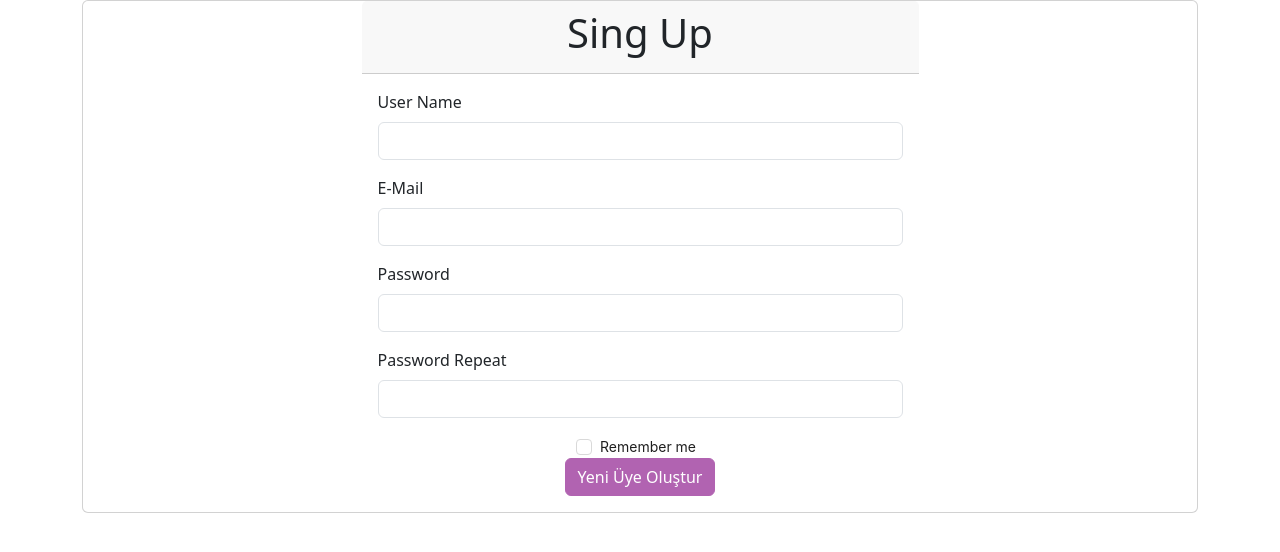
Repository: gursoyfahrettin20/startupProjectWeb
Page: /
The author's editor kept a copy of each file at every save. The page is drawn from the files as they stood at one save, then again after the next save.
The browser window is 1280 px wide. The pictures show the whole page.
The project was rebuilt for these pictures with package versions that can differ from the ones it lists, and the page was loaded fresh each time. Also part of the build but not shown: vite.config.js.

Above is the page before, as saved 2024-01-17 00:48:33.

### index.html
<!doctype html>
<html lang="en">
  <head>
    <meta charset="UTF-8" />
    <link rel="icon" type="image/svg+xml" href="/vite.svg" />
    <meta name="viewport" content="width=device-width, initial-scale=1.0" />
    <title>Başlangıç Projesi</title>
  </head>
  <body>
    <div id="root"></div>
    <script type="module" src="/src/index.jsx"></script>
  </body>
</html>

### src/index.jsx
import * as React from 'react';
import { StrictMode } from 'react';
import { createRoot } from 'react-dom/client';
import SignUp from "./pages/SignUp"
import './index.scss'

const rootElement = document.getElementById('root');
const root = createRoot(rootElement);

root.render(
  <StrictMode>
    <SignUp/>
  </StrictMode>,
)

### src/pages/SignUp/index.jsx
import React, { useState, useEffect } from 'react';
import _ from 'lodash';
import { Button, Checkbox, Form, Spin, notification } from 'antd';
import { LoadingOutlined } from '@ant-design/icons';
import { singUp } from "../../api/apiCalls.js";
import { FormItem } from "../../components/formItem/formItem.jsx";

function index() {
    const [form] = Form.useForm();
    const [username, setUsername] = useState();
    const [email, setEmail] = useState();
    const [password, setPassword] = useState();
    const [passwordRepeat, setPasswordRepeat] = useState();
    const [succesMessage, setSuccesMessage] = useState();
    const [submittable, setSubmittable] = useState(false);
    const [apiProgress, setApiProgress] = useState(false);
    const [errors, setErrors] = useState({});
    const [generalErrors, setGeneralErrors] = useState({});
    const [api, contextHolder] = notification.useNotification();

    useEffect(() => {
        setErrors({})
    }, [username])

    const onSubmit = async (event) => {
        setSuccesMessage();
        setGeneralErrors();
        setApiProgress(true);
        const data = {
            username: username,
            email: email,
            password: password
        };
        try {
            const response = await singUp(data);
            setSuccesMessage(response.data?.message)
            setUsername();
            setPassword();
            setPasswordRepeat();
            setEmail();
        } catch (responseError) {
            if (responseError.response?.data && responseError.response?.data.status === 400) {
                setErrors(responseError.response?.data.validationErrors)
            }
            else {
                setGeneralErrors("Tahmin Edilemeyen Hatalarda gösterilecektir. / Unexpected error occured. Pleace try again.");
            }
        } finally {
            setApiProgress(false);
        }
    }

    const values = Form.useWatch([], form);
    // TODO: Sign Up butonu disabled durumlarına bakıyor.
    useEffect(() => {
        let _submittable = false;
        if (_.isUndefined(password) || _.isNull(password) || _.isEmpty(password)) {
            _submittable = false;
        } else if (password === passwordRepeat) {
            _submittable = true;
        }
        setSubmittable(_submittable);
    }, [values]);


    return (
        <div className='container'>
            <form className='card' onSubmit={onSubmit}>
                <div className='col-lg-6 offset-lg-3 col-sm-8 offset-sm-2'>
                    <div className='text-center card-header'>
                        <h1>Sing Up</h1>
                    </div>
                    <div className='card-body'>
                        <FormItem
                            name="username"
                            label="User Name"
                            errors={errors}
                            onChange={(e) => setUsername(e.target.value)}
                        />
                        <FormItem
                            name="email"
                            label="E-Mail"
                            errors={errors}
                            onChange={(e) => setEmail(e.target.value)}
                        />
                        <FormItem
                            name="password"
                            label="Password"
                            errors={errors}
                            type="password"
                            onChange={(e) => setPassword(e.target.value)}
                        />
                        <FormItem
                            name="passwordRepeat"
                            label="Password Repeat"
                            errors={errors}
                            type="password"
                            onChange={(e) => setPasswordRepeat(e.target.value)}
                        />
                        <div className='text-center'>
                            <Checkbox>Remember me</Checkbox>
                        </div>
                        <div className='text-center'>
                            <button className='btn btn-primary' disabled={apiProgress ? apiProgress : !submittable}>
                                <Spin style={{ display: apiProgress ? "inline" : "none" }}
                                    indicator={<LoadingOutlined style={{ fontSize: 24, marginRight: 15 }} spin />} />
                                {apiProgress ? "Yeni Üye Oluşturuluyor..." : "Yeni Üye Oluştur"}
                            </button>
                        </div>
                    </div>
                </div>
            </form >
        </div >
    );
}
export default index;

### src/index.scss
$primary: #818;

@import "../node_modules/bootstrap/scss/bootstrap.scss";

### src/api/apiCalls.js
import axios from "axios";

export const changeLanguage = lang => {
    axios.defaults.headers['accept-language'] = lang;
}

export const getBaseUrl = () => {
     return import.meta.env.VITE_REACT_APP_REST_SERVICE_URL;
}

export const saveUser = body => {
    return axios.post(getBaseUrl() + '/users', body);
}

export const singUp = body => {
    return axios.post(getBaseUrl() + '/users', body);
}

export const login = data => {
    return axios.post(getBaseUrl() + '/auth', {}, {auth: data});
}

export const getUsers = (page, size) => {
    return axios.get(getBaseUrl() + `/users?currentPage=${page ? page : 0}&pageSize=${size ? size : 3}`);
}

export const setAuthorizationHeader = ({username, password, isLoggedIn}) => {
    if (isLoggedIn) {
        let authorizationHeaderValue = `Basic ${btoa(username + ':' + password)}`
        axios.defaults.headers['Authorization'] = authorizationHeaderValue;
    } else {
        delete axios.defaults.headers['Authorization'];
    }
}

export const getUser = (userName) => {
    return axios.get(getBaseUrl() + `/users/${userName}`);
}

export const updateUser = (userName, body) => {
    return axios.put(getBaseUrl() + `/users/${userName}`, body);
}

export const postHoax = hoax => {
    return axios.post(getBaseUrl() + "/hoaxes", hoax);
}

export const getHoaxes = (userName, page = 0) => {
    const path = userName ? `/users/${userName}/hoaxes?currentPage=` : "/hoaxes?currentPage="
    return axios.get(getBaseUrl() + path + page);
}

export const getOldHoaxes = (id, userName) => {
    const path = userName ? `/users/${userName}/hoaxes/${id}` : `/hoaxes/${id}`;
    return axios.get(getBaseUrl() + path);
}

### src/components/formItem/formItem.jsx
import React, { useState } from 'react';

export function FormItem({ name, label, onChange, errors, type }) {
    const [msg, setNsg] = useState()

    return (
        <div className='mb-3'>
            <label className='form-label' htmlFor={name}> {label} </label>
            <input id={name} className={errors?.[name] ? 'form-control is-invalid' : 'form-control'} type={type ? type : "text"} onChange={onChange} />
            <div className='invalid-feedback'>errors?.[name]</div>
        </div>
    );
}

export default FormItem;

After the next save:
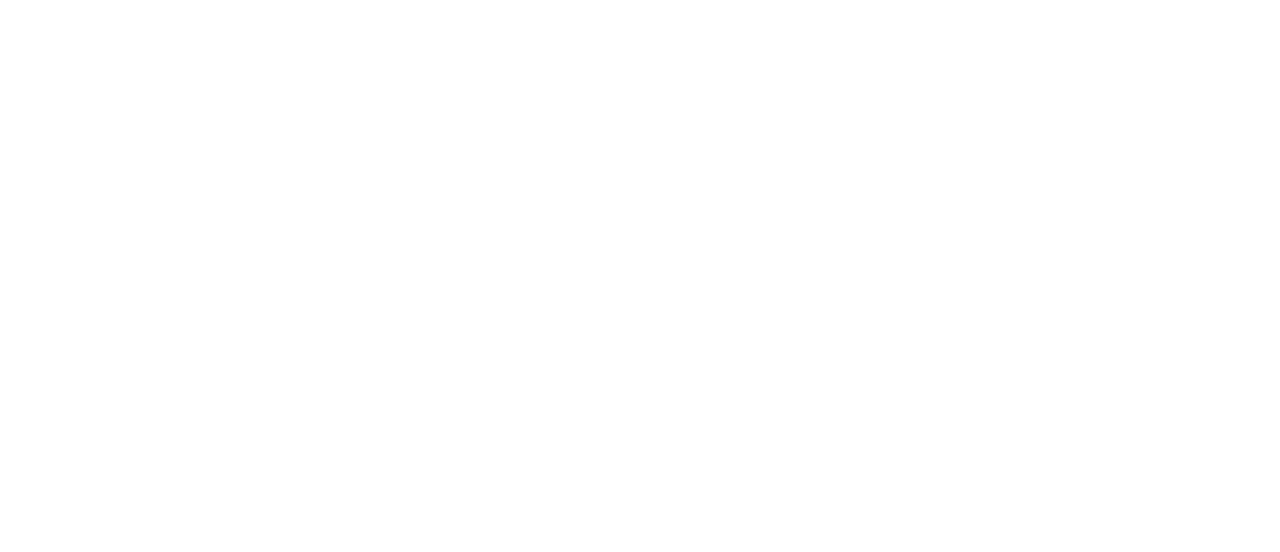
Console error: ReferenceError: values is not defined
Saved 2 min 54 s later.
--- a/src/pages/SignUp/index.jsx
+++ b/src/pages/SignUp/index.jsx
@@ -6,7 +6,6 @@
 import { FormItem } from "../../components/formItem/formItem.jsx";
 
 function index() {
-    const [form] = Form.useForm();
     const [username, setUsername] = useState();
     const [email, setEmail] = useState();
     const [password, setPassword] = useState();
@@ -50,7 +49,6 @@
         }
     }
 
-    const values = Form.useWatch([], form);
     // TODO: Sign Up butonu disabled durumlarına bakıyor.
     useEffect(() => {
         let _submittable = false;

After the 2 saves that followed:
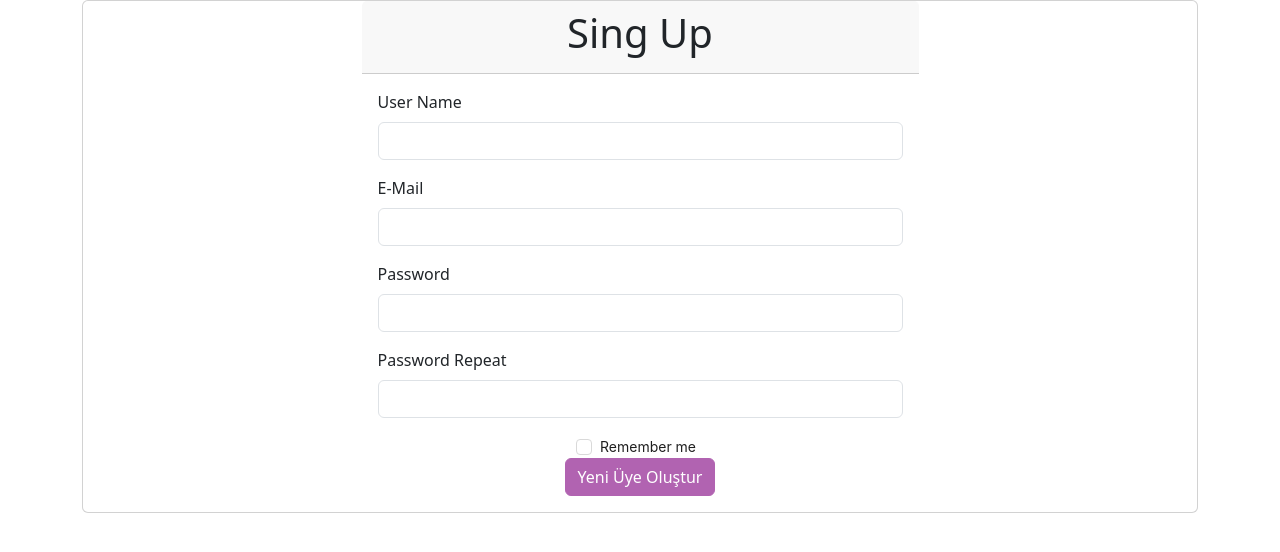
The error is gone.
The 2 saves are shown as one change because 1 left the picture as it was.
The last was saved 6 min 44 s later.
--- a/src/pages/SignUp/index.jsx
+++ b/src/pages/SignUp/index.jsx
@@ -1,6 +1,6 @@
 import React, { useState, useEffect } from 'react';
 import _ from 'lodash';
-import { Button, Checkbox, Form, Spin, notification } from 'antd';
+import { Checkbox, Spin, notification } from 'antd';
 import { LoadingOutlined } from '@ant-design/icons';
 import { singUp } from "../../api/apiCalls.js";
 import { FormItem } from "../../components/formItem/formItem.jsx";
@@ -48,17 +48,6 @@
             setApiProgress(false);
         }
     }
-
-    // TODO: Sign Up butonu disabled durumlarına bakıyor.
-    useEffect(() => {
-        let _submittable = false;
-        if (_.isUndefined(password) || _.isNull(password) || _.isEmpty(password)) {
-            _submittable = false;
-        } else if (password === passwordRepeat) {
-            _submittable = true;
-        }
-        setSubmittable(_submittable);
-    }, [values]);
 
 
     return (
